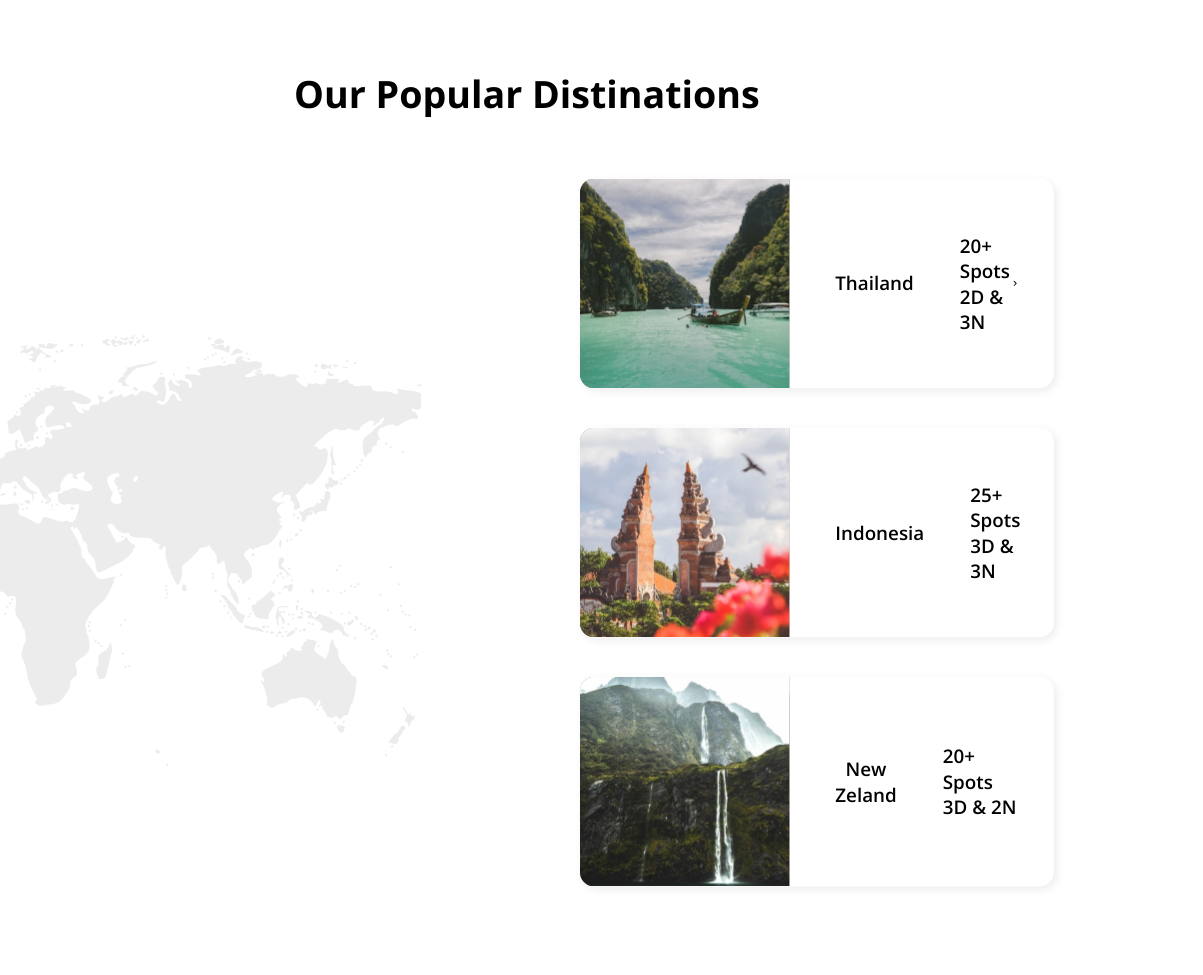
Repository: MehdiKerimov/Figma-Task-16
Page: index.html
An editor plug-in stored every save of this project. The page is shown before and after the next save, followed by the edit.
The browser window is 1280 px wide. The pictures show the whole page, at 94% of full size.

Above is the page before, as saved 2023-10-10 11:11:30.

### index.html
<!DOCTYPE html>
<html lang="en">
  <head>
    <meta charset="UTF-8" />
    <meta name="viewport" content="width=device-width, initial-scale=1.0" />
    <title>Document</title>
    <link rel="stylesheet" href="index.css" />
  </head>
  <body>
    <div class="container">
      <h1>Our Popular Distinations</h1>
      <div class="box">
        <div class="img-box">
          <img src="/image/world_map_PNG28 2.png" alt="" />
        </div>
        <ul>
          <li>
            <div>
              <img src="image/Rectangle 15.svg" alt="" />
              <h2>Thailand</h2>
              <p>20+ Spots <br> 2D & 3N</p>
              <svg xmlns="http://www.w3.org/2000/svg" width="33" height="33" viewBox="0 0 33 33" fill="none">
                <path d="M12.8013 9.22619C12.6738 9.3534 12.5727 9.50449 12.5037 9.67083C12.4347 9.83717 12.3992 10.0155 12.3992 10.1956C12.3992 10.3756 12.4347 10.554 12.5037 10.7203C12.5727 10.8866 12.6738 11.0377 12.8013 11.1649L18.1363 16.4999L12.8013 21.8349C12.5442 22.092 12.3998 22.4407 12.3998 22.8043C12.3998 23.1679 12.5442 23.5166 12.8013 23.7737C13.0584 24.0308 13.4071 24.1752 13.7707 24.1752C14.1342 24.1752 14.4829 24.0308 14.74 23.7737L21.0513 17.4624C21.1787 17.3352 21.2799 17.1841 21.3489 17.0178C21.4179 16.8515 21.4534 16.6731 21.4534 16.4931C21.4534 16.313 21.4179 16.1347 21.3489 15.9683C21.2799 15.802 21.1787 15.6509 21.0513 15.5237L14.74 9.21244C14.2175 8.68994 13.3375 8.68994 12.8013 9.22619Z" fill="black"/>
                </svg>
            </div>
          </li>
          <li>
            <div>
              <img src="/image/Rectangle 16.svg" alt="" />
              <h2>Indonesia</h2>
              <p>25+ Spots 3D & 3N</p>
            </div>
          </li>
          <li>
            <div>
              <img src="image/Rectangle 17.svg" alt="" />
              <h2>New Zeland</h2>
              <p>20+ Spots 3D & 2N</p>
            </div>
          </li>
        </ul>
      </div>
    </div>
  </body>
</html>

### index.css
@import url("https://fonts.googleapis.com/css2?family=Open+Sans:wght@600;700&display=swap");
* {
  padding: 0;
  margin: 0;
  box-sizing: border-box;
}
.container {
  min-height: 100vh;
  padding: 72px 159px 52px 0px;
}
.container h1 {
  margin-bottom: 63px;
  color: #000;
  text-align: center;
  font-family: Open Sans;
  font-size: 40px;
  font-style: normal;
  font-weight: 700;
  line-height: normal;
}
.container .box {
  display: flex;
  align-items: center;
  justify-content: space-between;
}
.img-box {
  width: 40%;
}
.container .box .img-box img {
  width: 100%;
}
ul {
  width: 45%;
}
.container .box ul li {
  margin-bottom: 42px;
  /* margin-left: 187px; */
  padding-right: 35px;
  width: 100%;
  /* width: 659px; */
  height: 223px;
  list-style-type: none;
  border-radius: 15px;
  background: #fff;
  box-shadow: 3px 3px 10px 0px rgba(0, 0, 0, 0.08);
}
.container .box ul li img {
  width: 223px;
  height: 223px;
}
.container .box ul li div {
  display: flex;
  justify-content: space-between;
  align-items: center;
}
.container .box ul li div h2 {
  margin-left: 49px;
  margin-right: 49px;
  color: #000;
  text-align: center;
  font-family: Open Sans;
  font-size: 20px;
  font-style: normal;
  font-weight: 600;
  line-height: normal;
}
.container .box ul li div p {
  color: #000;
  font-family: Open Sans;
  font-size: 20px;
  font-style: normal;
  font-weight: 600;
  line-height: normal;
}

After the next save:
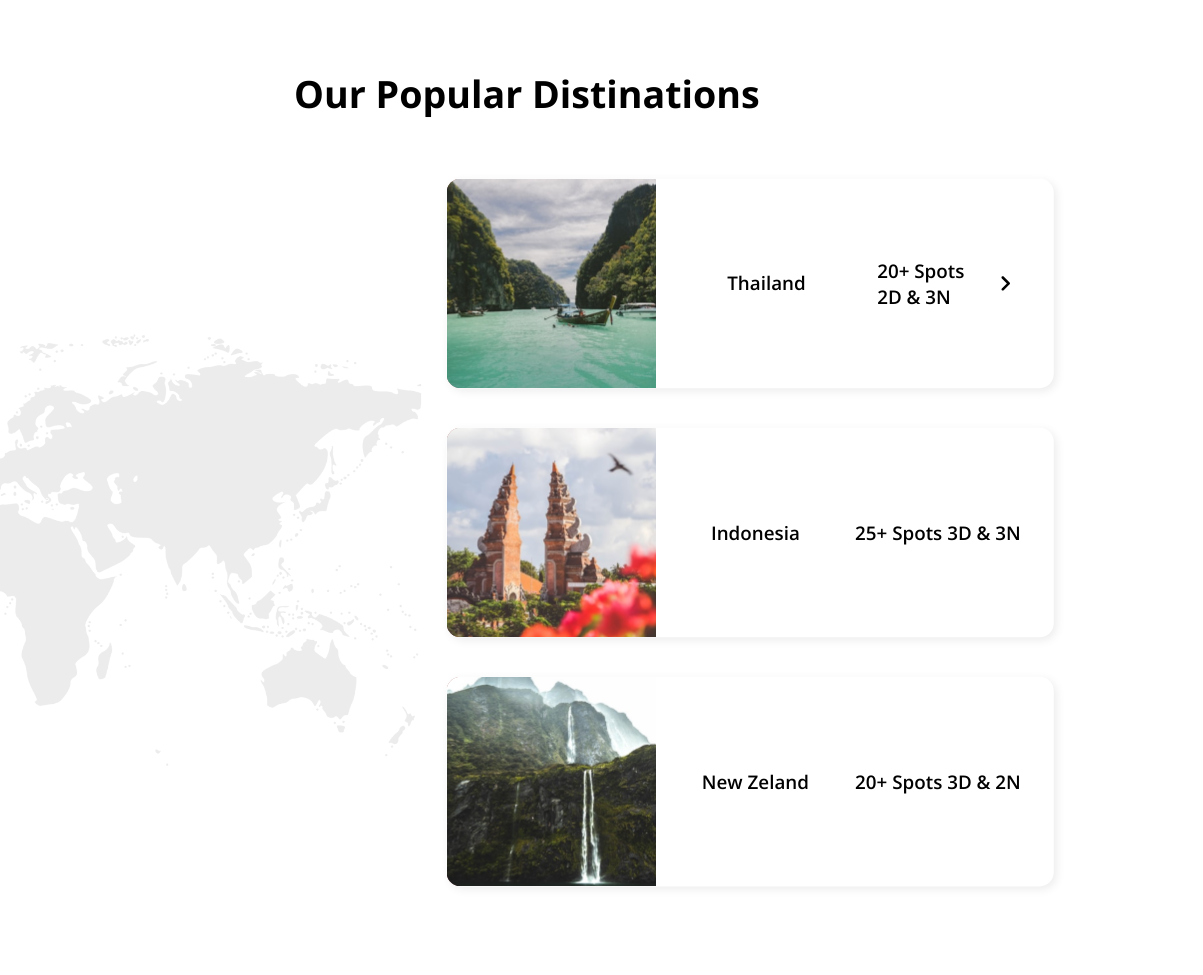
Saved 10 s later.
--- a/index.css
+++ b/index.css
@@ -30,7 +30,7 @@
   width: 100%;
 }
 ul {
-  width: 45%;
+  /* width: 45%; */
 }
 .container .box ul li {
   margin-bottom: 42px;
